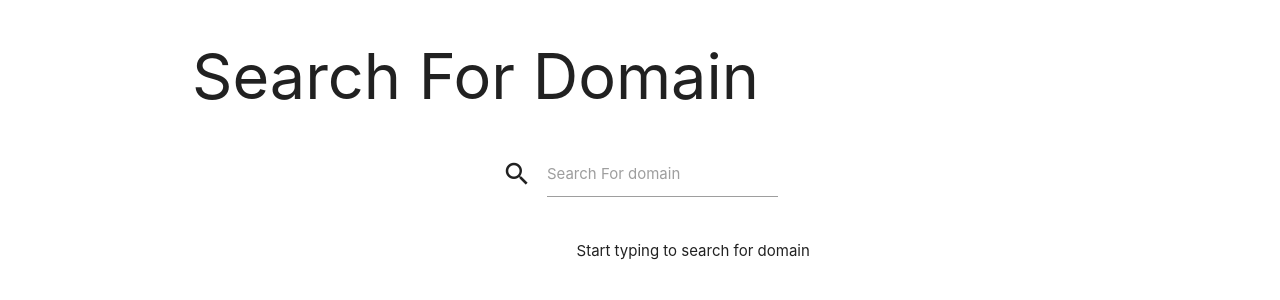
Repository: habib-urrehmaan/domain-name-searcher
Page: / (app in client/)
The author's editor kept a copy of each file at every save. The page is drawn from the files as they stood at one save, then again after the next save.
The browser window is 1280 px wide. The pictures show the whole page.
The project was rebuilt for these pictures with package versions that can differ from the ones it lists, and the page was loaded fresh each time.

Above is the page before, as saved 2020-04-17 18:10:52.

### client/public/index.html
<!DOCTYPE html>
<html lang="en">
  <head>
    <meta charset="utf-8" />
    <link rel="icon" href="%PUBLIC_URL%/favicon.ico" />
    <meta name="viewport" content="width=device-width, initial-scale=1" />
    <meta name="theme-color" content="#000000" />
    <meta
      name="description"
      content="Web site created using create-react-app"
    />
    <link rel="apple-touch-icon" href="%PUBLIC_URL%/logo192.png" />
    <!--
      manifest.json provides metadata used when your web app is installed on a
      user's mobile device or desktop. See https://developers.google.com/web/fundamentals/web-app-manifest/
    -->
    <link rel="manifest" href="%PUBLIC_URL%/manifest.json" />
    <!--
      Notice the use of %PUBLIC_URL% in the tags above.
      It will be replaced with the URL of the `public` folder during the build.
      Only files inside the `public` folder can be referenced from the HTML.

      Unlike "/favicon.ico" or "favicon.ico", "%PUBLIC_URL%/favicon.ico" will
      work correctly both with client-side routing and a non-root public URL.
      Learn how to configure a non-root public URL by running `npm run build`.
    -->
    <link rel="stylesheet" href="https://cdnjs.cloudflare.com/ajax/libs/materialize/1.0.0/css/materialize.min.css">
    <link href="https://fonts.googleapis.com/icon?family=Material+Icons" rel="stylesheet">
     <!-- Compiled and minified JavaScript -->
     <script src="https://cdnjs.cloudflare.com/ajax/libs/materialize/1.0.0/js/materialize.min.js"></script>
    <title>React App</title>
  </head>
  <body>
    <noscript>You need to enable JavaScript to run this app.</noscript>
    <div id="root"></div>
    <!--
      This HTML file is a template.
      If you open it directly in the browser, you will see an empty page.

      You can add webfonts, meta tags, or analytics to this file.
      The build step will place the bundled scripts into the <body> tag.

      To begin the development, run `npm start` or `yarn start`.
      To create a production bundle, use `npm run build` or `yarn build`.
    -->
  </body>
</html>

### client/src/index.js
import React from 'react';
import ReactDOM from 'react-dom';
import './index.css';
import App from './App';

ReactDOM.render(
  <React.StrictMode>
    <App />
  </React.StrictMode>,
  document.getElementById('root')
);

// If you want your app to work offline and load faster, you can change
// unregister() to register() below. Note this comes with some pitfalls.
// Learn more about service workers: https://bit.ly/CRA-PWA
// serviceWorker.unregister();

### client/src/App.js
import React from 'react';
import Search from './Search';
import Output from './Output';

class App extends React.Component {

  constructor(props)
  {
    super(props);
    this.state ={
      output:null
    }
  }


  setAppOutput = (outputData) =>
  {
    console.log("setting output value")

    this.setState({
      output:outputData
    })
  }

  render()
  {
    return (
      <>
      <div className="App container row">
        <h1>Search For Domain</h1>
        <Search setOutput={this.setAppOutput}/>
        <Output data={this.state.output}/>
      </div>
      </>
    );
  }
}

export default App;

### client/src/Search.js
import React, { Component } from 'react'
import axios from 'axios'

class Search extends Component {

    constructor(props)
    {
        super(props);
        console.log(props)
    }

    onChangeHandler = (e) =>
    {
        axios({
            'method': 'GET',
            'url': `http://localhost:5000/domain/search?domain=${e.target.value}`,
            'ContentType':'application/json'
        }).then((response)=>{

            var obj = JSON.parse(response.data.data);
            this.props.setOutput(obj);
        }).catch(error=>{
            console.log(error);
        });
    }

    render() {
        return (
            <div>
                <div className="row">
                    <div className="input-field col offset-s4 s4">
                        <i className="material-icons prefix">search</i>
                        <input id="search" type="text" className="validate" onChange={this.onChangeHandler}/>
                        <label htmlFor="search">Search For domain</label>
                    </div>
                </div>
            </div>
        )
    }
}

export default Search;

### client/src/Output.js
import React from 'react'

export default function Output(props) {

    let {data} = props;
    console.log("output data",data);
    return (
        <div className="row">
        {(data)?(<div className="col offset-s5">{(data.available)?(<div><span>Congratulations! This domain is available</span><br/>
            <span><b>Price:</b>{data.price}{data.currency}</span></div>):(data.code)?(<div>{data.message}</div>):(<span>Sorry this domain is not Available</span>)}</div>)
            :(<div className="col offset-s5">Start typing to search for domain</div>)}


        </div>
    )
}

Loaded but not shown: client/src/index.css (common file)

After the next save:
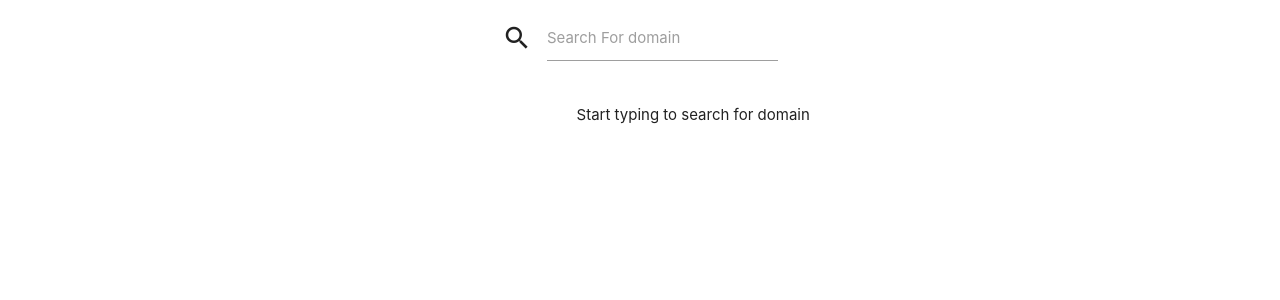
Saved 15 s later.
--- a/client/src/App.js
+++ b/client/src/App.js
@@ -26,8 +26,7 @@ class App extends React.Component {
   {
     return (
       <>
-      <div className="App container row">
-        <h1>Search For Domain</h1>
+      <div className="App container">
         <Search setOutput={this.setAppOutput}/>
         <Output data={this.state.output}/>
       </div>

After the save that followed:
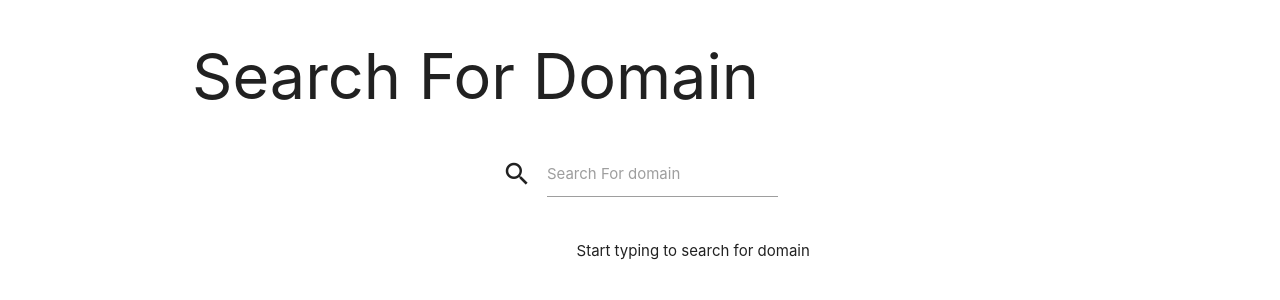
Saved 8 s later.
--- a/client/src/Search.js
+++ b/client/src/Search.js
@@ -27,6 +27,7 @@ class Search extends Component {
     render() {
         return (
             <div>
+                <h1>Search For Domain</h1>
                 <div className="row">
                     <div className="input-field col offset-s4 s4">
                         <i className="material-icons prefix">search</i>
